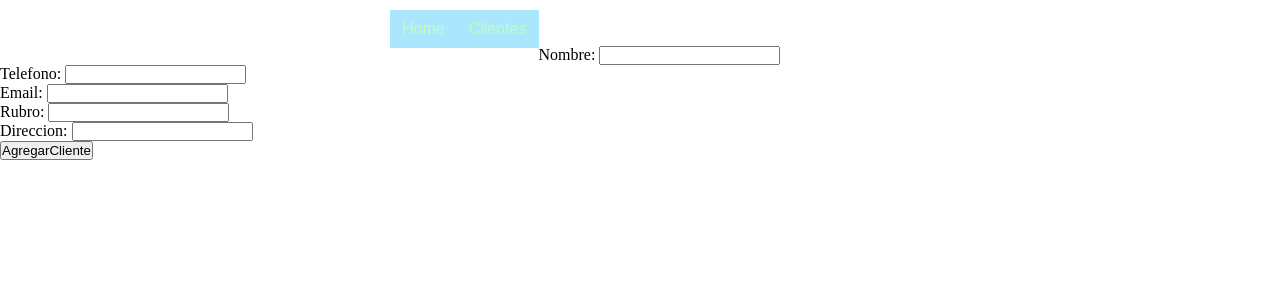
Repository: felipeps23/Java
Page: http://localhost/CRUD-MVC/AgregarCliente
The author's editor kept a copy of each file at every save. The page is drawn from the files as they stood at one save, then again after the next save.
The browser window is 1280 px wide. The pictures show the whole page.
The page is served by Tomcat 9.

Above is the page before, as saved 2021-10-03 18:14:51.

After the next save:
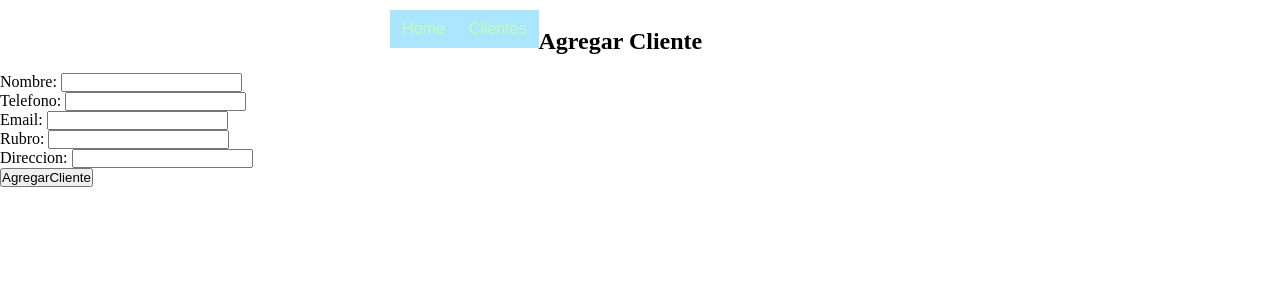
Saved 37 s later.
--- a/CRUD-MVC/src/main/webapp/AgregarCliente.jsp
+++ b/CRUD-MVC/src/main/webapp/AgregarCliente.jsp
@@ -27,6 +27,7 @@
 	<c:if test="${ccmensaje != null }">
 		<h3><c:out value="${ccmensaje}"></c:out></h3>
 	</c:if>
+	<h2>Agregar Cliente</h2>
 	<br>
 	<form action="AgregarCliente" method="post">
 		<label>Nombre:</label>
